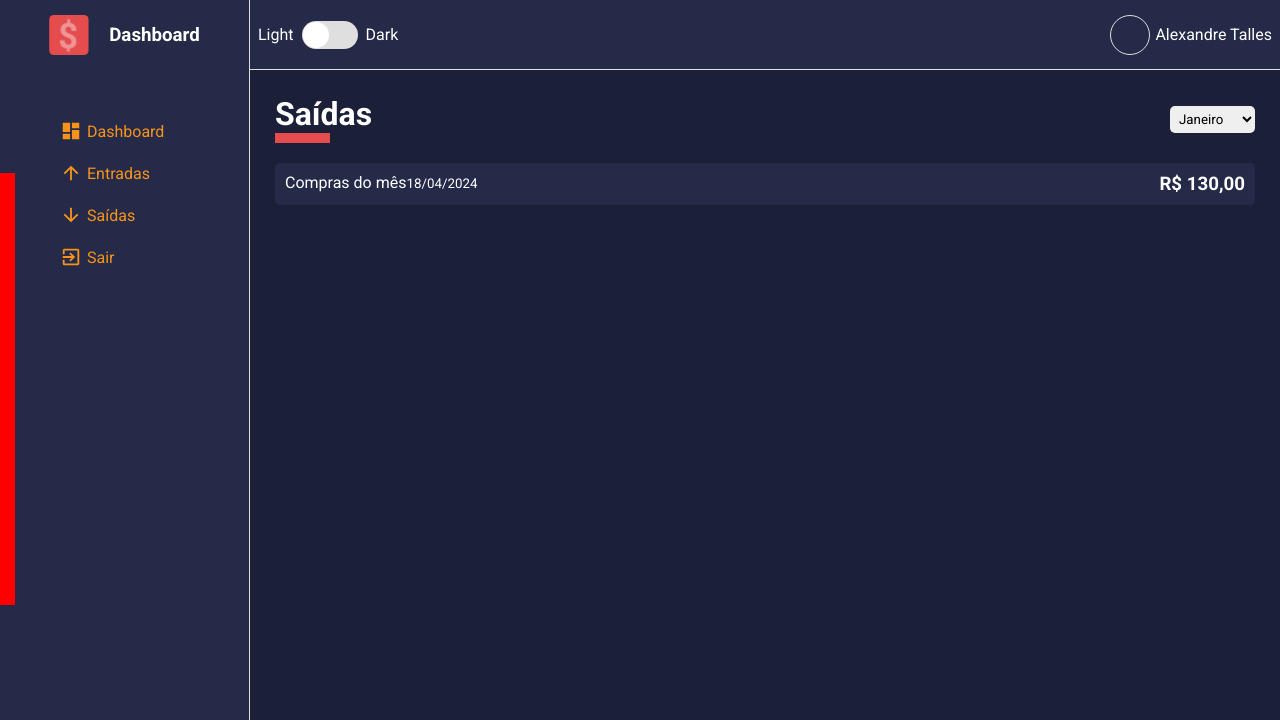
Repository: XFERRER7/dashboard
Page: /
An editor plug-in stored every save of this project. The page is shown before and after the next save, followed by the edit.
The browser window is 1280 px wide. The pictures show the whole page.
The project was rebuilt for these pictures with package versions that can differ from the ones it lists, and the page was loaded fresh each time. Also part of the build but not shown: vite.config.ts.

Above is the page before, as saved 2022-07-11 16:51:52.

### index.html
<!DOCTYPE html>
<html lang="pt-br">

<head>
  <meta charset="UTF-8" />
  <meta name="viewport" content="width=device-width, initial-scale=1.0" />
  <link rel="shortcut icon" href="src/assets/Logo.svg" type="image/x-icon">
  <link rel="preconnect" href="https://fonts.googleapis.com">
  <link rel="preconnect" href="https://fonts.gstatic.com" crossorigin>
  <link href="https://fonts.googleapis.com/css2?family=Roboto:wght@400;500;700&display=swap" rel="stylesheet">
  <title>Dashboard</title>
</head>

<body>
  <div id="root"></div>
  <script type="module" src="/src/main.tsx"></script>
</body>

</html>

### src/main.tsx
import React from 'react'
import ReactDOM from 'react-dom/client'
import {App} from './App'

ReactDOM.createRoot(document.getElementById('root')!).render(
  <React.StrictMode>
    <App />
  </React.StrictMode>
)

### src/App.tsx
import Global from "./styles/Global"
import { Layout } from './components/Layout'
import { ThemeProvider } from 'styled-components'
import dark from './styles/Themes/dark'
import light from './styles/Themes/light'
import { Dashboard } from "./pages/Dashboard"
import { List } from "./pages/List"

export const App = () => {
  return (
    <div>
      <ThemeProvider theme={dark}>
        <Global />
        <Layout>
          <List/>
        </Layout>
      </ThemeProvider>
    </div>
  )
}

### src/styles/Global.ts
import { createGlobalStyle } from 'styled-components'

export default createGlobalStyle`

  * {
    margin: 0;
    padding: 0;
    box-sizing: border-box;
  }

  html, body, #root {
    height: 100%;
  }

  *, button, input {
    border: 0;
    outline: 0;
    font-family: 'Roboto', sans-serif;
  }

  button {
    cursor: pointer;
  }

`;

### src/components/Layout/index.tsx
import { Container } from './Styles'
import { MainHeader } from '../MainHeader'
import { Content } from '../Content'
import { Aside } from '../Aside'
import { ReactNode } from 'react';

interface BaseLayoutProps {
  children?: ReactNode;
}


export const Layout = ({ children }: BaseLayoutProps) => {
  return (
    <Container>
      <MainHeader />
      <Aside />
      <Content>
        {children}
      </Content>
    </Container>
  )
}

### src/styles/Themes/dark.ts
export default {
  title: 'dark',

  colors: {
    primary: '#1B1F38',
    secondary: '#252A48',
    tertiary: '##313862',

    white: '#fff',
    black: '#000',
    gray: '#dfdfdf',

    sucess: '#4E41F0',
    info: '#F7931B',
    warning: '#E44C4E'


  }
}

### src/pages/List/index.tsx
import React from 'react'
import { CardFinance } from '../../components/CardFinance'
import { HeaderContent } from '../../MiniComponents/headerContent'
import { Select } from '../../MiniComponents/select'
import { Container } from './styles'

export const List = () => {

  const options = [
    {
      value: 'Janeiro',
      label: 'Janeiro'
    },
    {
      value: 'Fevereiro',
      label: 'Fevereiro'
    },
    {
      value: 'Março',
      label: 'Março'
    }

  ]

  return (
    <Container>
      <HeaderContent titulo={'Saídas'} lineColor={'#E44C4E'}>
        <Select option={options}/>
      </HeaderContent>

      <CardFinance/>

    </Container>
  )
}

### src/components/Layout/Styles.ts
import styled from "styled-components"

export const Container = styled.div`
  display: grid;
  grid-template-columns: 250px auto;
  grid-template-rows: 70px auto;

  grid-template-areas:
  'AS MH'
  'AS CT';
  height: 100vh;

`

### src/components/MainHeader/index.tsx

import { Toggle } from '../../MiniComponents/Toggle'
import {
  Container,
  Profile,
  UserName,
  ImgUser
}
  from './Styles'


export const MainHeader = () => {

  return (
    <Container>
      <Toggle/>

      <Profile>
        <ImgUser/>
        <UserName>Alexandre Talles</UserName>

      </Profile>
    </Container>
  )
}

### src/components/Content/index.tsx
import { ReactNode } from 'react';
import { Container } from './Styles'

interface BaseLayoutProps {
  children?: ReactNode;
}

export const Content = ({ children }: BaseLayoutProps) => {
  return (
    <Container>
      {children}
    </Container>
  )
}

### src/components/Aside/index.tsx
import {
  Container,
  Header,
  Title,
  ImgLogo,
  Menu,
  ItemMenu
} from './Styles'
import logo from '../../assets/Logo.svg'
import {
  MdDashboard,
  MdArrowDownward,
  MdArrowUpward,
  MdExitToApp
} from 'react-icons/md'

export const Aside = () => {
  return (
    <Container>
      <Header>
        <ImgLogo src={logo} alt="Logo dashboard" />
        <Title>Dashboard</Title>
      </Header>
      <Menu>
        <ItemMenu href="#">
          <MdDashboard />
          Dashboard
        </ItemMenu>
        <ItemMenu href="#">
          <MdArrowUpward />
          Entradas
        </ItemMenu>
        <ItemMenu href="#">
          <MdArrowDownward />
          Saídas
        </ItemMenu>
        <ItemMenu href="#">
          <MdExitToApp />
          Sair
        </ItemMenu>
      </Menu>
    </Container>
  )
}

### src/components/CardFinance/index.tsx

import { Toggle } from '../../MiniComponents/Toggle'
import {
  Container,
  InfoCard,
  Highlighter
}
  from './Styles'


export const CardFinance = () => {

  return (
    <Container>
      <Highlighter/>
      <InfoCard>
        <span>Compras do mês</span>
        <small>18/04/2024</small>
      </InfoCard>
      <h3>R$ 130,00</h3>
    </Container>
  )
}

### src/MiniComponents/headerContent/index.tsx
import {
  Container,
  TitleContainer,
  Controller
} from './styles'

import { Select } from '../../MiniComponents/select'

interface IHeaderContentProps {
  titulo: string;
  lineColor: string;
  children: React.ReactNode;
}

export const HeaderContent = ({titulo, lineColor, children}: IHeaderContentProps) => {


  return (
    <Container>
      <TitleContainer lineColor={lineColor}>
        <h1>{titulo}</h1>
      </TitleContainer>
      <Controller>
        {children}
      </Controller>
    </Container>
  )
}

### src/MiniComponents/select/index.tsx
import React, { FC } from 'react'
import { Container } from './styles'

interface IselectProps {
  option: {
    value: string | number;
    label: string | number;
  }[],
}

export const Select = ({option}: IselectProps) => {
  return (

    <Container>
      <select>
        {
          option.map(option => <option key={option.value} value={option.value}>{option.label}</option>)
        }
      </select>
    </Container>
  )
}

### src/pages/List/styles.ts
import styled from "styled-components";

export const Container = styled.div`

`

### src/MiniComponents/Toggle/index.tsx
import React, { useState } from 'react'
import { Container, ToggleLabel, ToggleSelector } from './styles'


export const Toggle = () => {

  const [on, setOn] = useState(false);

  return (
    <Container>
      <ToggleLabel>
        Light
      </ToggleLabel>
      <ToggleSelector
        checked={on }
        uncheckedIcon={false}
        checkedIcon={false}
        onChange={() => setOn(!on)}
      />
      <ToggleLabel>
        Dark
      </ToggleLabel>
    </Container>
  )
}

### src/components/MainHeader/Styles.ts
import styled from "styled-components"

export const Container = styled.div`
  grid-area: MH;
  color: ${props => props.theme.colors.white};
  background-color: ${props => props.theme.colors.secondary};
  display: flex;
  justify-content: space-between;
  align-items: center;
  padding: 8px;
  border-bottom: 1px solid ${props => props.theme.colors.gray};
`

export const Profile = styled.div`
  display: flex;
  align-items: center;
  justify-content: center;
  gap: 5px;
`

export const UserName = styled.div`

`

export const ImgUser = styled.div`
  height: 40px;
  width: 40px;
  border-radius: 50%;
  border: 1px solid ${props => props.theme.colors.gray};
`

### src/components/Content/Styles.ts
import styled from "styled-components"

export const Container = styled.div`
  grid-area: CT;
  color: ${props => props.theme.colors.white};
  background-color: ${props => props.theme.colors.primary};
  padding: 25px;
`

### src/components/Aside/Styles.ts
import styled from "styled-components"

export const Container = styled.div`
  grid-area: AS;
  color: ${props => props.theme.colors.white};
  background-color: ${props => props.theme.colors.secondary};
  border-right: 1px solid ${props => props.theme.colors.gray};
`

export const Header = styled.div`
  height: 70px;
  display: flex;
  align-items: center;
  justify-content: center;
  gap: 20px;
`
export const Title = styled.h3`

`
export const ImgLogo = styled.img`
  height: 40px;
  width: 40px;
`
export const Menu = styled.nav`
  display: flex;
  flex-direction: column;
  justify-content: center;
  gap: 20px;
  margin-top: 50px;
  margin-left: 60px;
`
export const ItemMenu = styled.a`
  text-decoration: none;
  color: ${props => props.theme.colors.info};
  transition: 0.1s all ease;
  display: flex;
  align-items: center;
  gap: 5px;


  &:hover {
    opacity: .8;
  }

  > svg {
    font-size: 22px;
  }
`

### src/components/CardFinance/Styles.ts
import styled from "styled-components"

export const Container = styled.li`
  list-style: none;
  margin-top: 20px;
  background-color: ${props => props.theme.colors.secondary};
  border-radius: 5px;
  padding: 10px;
  display: flex;
  justify-content: space-between;
`

export const InfoCard = styled.div`
  position: relative;
`

export const Highlighter = styled.div`
  position: absolute;
  left: 0;
  background-color: red;
  width: 15px;
  height: 60%;
`

### src/MiniComponents/headerContent/styles.ts
import styled from "styled-components";

interface ItitleContainerProps {
  lineColor: string;
}


export const Container = styled.div`
  display: flex;
  justify-content: space-between;
`

export const TitleContainer = styled.div<ItitleContainerProps>`


  > h1 {

    color: ${props => props.theme.colors.white};
    &::after {
    content: '';
    display: block;
    width: 55px;
    border-bottom: 10px solid ${props => props.lineColor};
  }
  }

`
export const Controller = styled.div`
  display: flex;
  gap: 5px;
  align-items: center;
`

### src/MiniComponents/select/styles.ts
import styled from "styled-components";

export const Container = styled.div`

  > select {
    padding: 5px;
    border-radius: 5px;
  }
`

### src/MiniComponents/Toggle/styles.ts
import styled from "styled-components";
import Switch, { ReactSwitchProps } from 'react-switch'

export const Container = styled.div`
  display: flex;
  align-items: center;
`

export const ToggleLabel = styled.span`
  color: ${props => props.theme.colors.white};

`

export const ToggleSelector = styled(Switch).attrs<ReactSwitchProps>(
  ({ theme }) => ({
    onColor: theme.colors.primary,
    offColor: theme.colors.gray
  })) <ReactSwitchProps>`
  margin: 0 8px;

`;

After the next save:
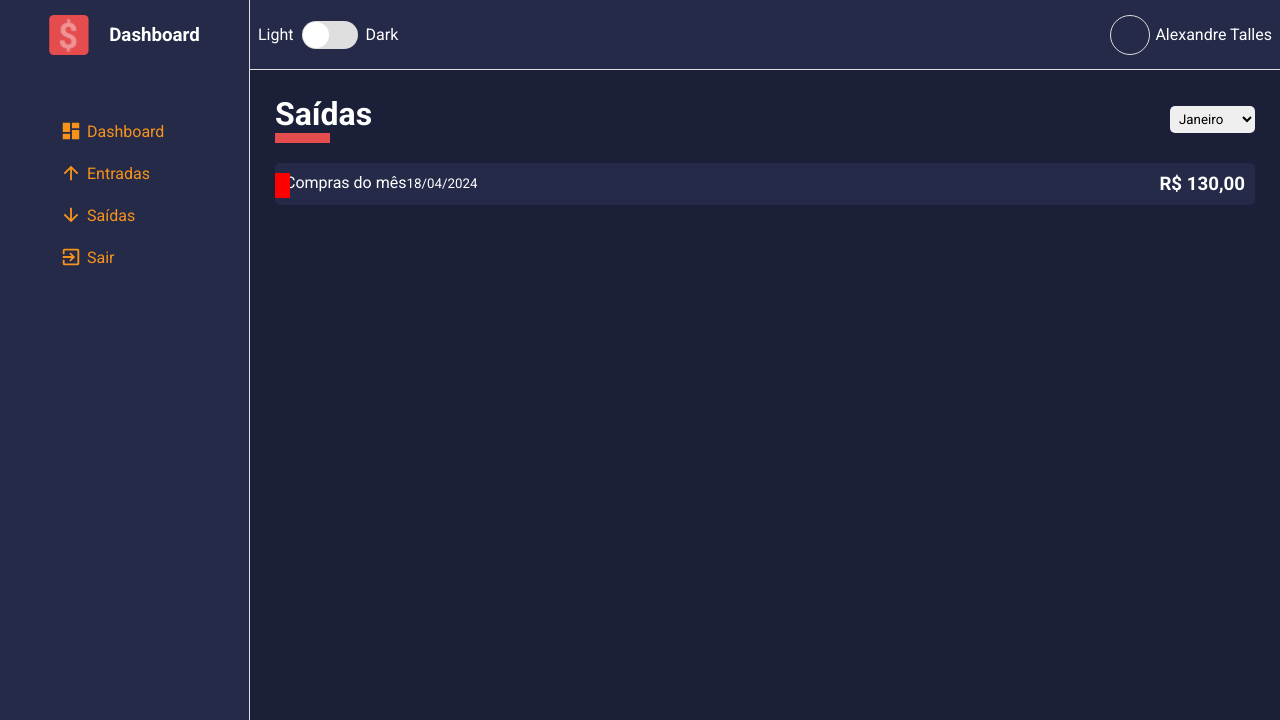
Saved 23 s later.
--- a/src/components/CardFinance/Styles.ts
+++ b/src/components/CardFinance/Styles.ts
@@ -8,10 +8,11 @@ export const Container = styled.li`
   padding: 10px;
   display: flex;
   justify-content: space-between;
+  position: relative;
 `
 
 export const InfoCard = styled.div`
-  position: relative;
+
 `
 
 export const Highlighter = styled.div`
